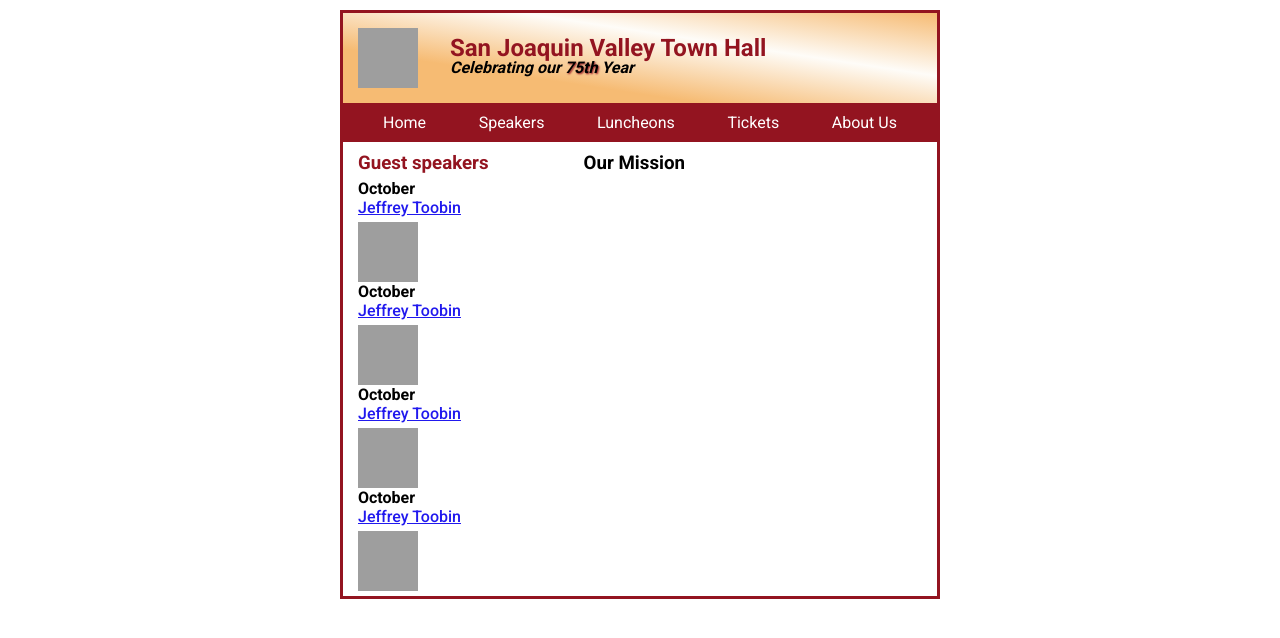
Repository: Mannj-nef/ex-5-6-7-8_IvVettech
Page: index.html
An editor plug-in stored every save of this project. The page is shown before and after the next save, followed by the edit.
The browser window is 1280 px wide. The pictures show the whole page.
Pictures or frames that could not be fetched are drawn as grey boxes.

Above is the page before, as saved 2022-03-24 21:53:34.

### index.html
<!DOCTYPE html>
<html lang="en">
  <head>
    <meta charset="UTF-8" />
    <meta http-equiv="X-UA-Compatible" content="IE=edge" />
    <meta name="viewport" content="width=device-width, initial-scale=1.0" />
    <link rel="stylesheet" href="./Asset/style.css" />
    <link rel="preconnect" href="https://fonts.googleapis.com" />
    <link rel="preconnect" href="https://fonts.gstatic.com" crossorigin />
    <link
      href="https://fonts.googleapis.com/css2?family=Roboto:wght@300;400;500;700&display=swap"
      rel="stylesheet"
    />
    <title>Exercise5-6</title>
    <link
      rel="shortcut icon"
      href="https://iviettech.vn/wp-content/themes/viettech/img/front/favicon.ico"
      type="image/x-icon"
    />
  </head>
  <body>
    <div id="app">
      <header id="header">
        <div class="header-top">
          <div class="header-image__wrapper">
            <img
              src="https://source.unsplash.com/random"
              alt=""
              class="header-image"
            />
          </div>
          <div class="header-main">
            <h2 class="header-main__title">San Joaquin Valley Town Hall</h2>
            <p class="header-main__decs">
              Celebrating our
              <span class="header-main__decs-b"
                >75 <span class="header-main__decs-c">th</span>
              </span>
              Year
            </p>
          </div>
        </div>
        <div class="header-nav">
          <ul class="header-nav__list">
            <li class="header-nav__item">
              <a href="" class="header-nav__link">Home</a>
            </li>
            <li class="header-nav__item">
              <a href="" class="header-nav__link">Speakers</a>
            </li>
            <li class="header-nav__item">
              <a href="" class="header-nav__link">Luncheons</a>
            </li>
            <li class="header-nav__item">
              <a href="" class="header-nav__link">Tickets</a>
            </li>
            <li class="header-nav__item">
              <a href="" class="header-nav__link">About Us</a>
            </li>
          </ul>
        </div>
      </header>
      <section id="content">
        <div class="content-left">
          <h3 class="content-left__title">Guest speakers</h3>

          <div class="content-left__member">
            <p class="content-left__member-month">October</p>
            <a href="" class="content-left__member-link">Jeffrey Toobin</a>
            <div class="content-left__member-avata-wrapper">
              <img
                src="https://source.unsplash.com/random"
                alt=""
                class="content-left__member-avata"
              />
            </div>
          </div>
          <div class="content-left__member">
            <p class="content-left__member-month">October</p>
            <a href="" class="content-left__member-link">Jeffrey Toobin</a>
            <div class="content-left__member-avata-wrapper">
              <img
                src="https://source.unsplash.com/random"
                alt=""
                class="content-left__member-avata"
              />
            </div>
          </div>
          <div class="content-left__member">
            <p class="content-left__member-month">October</p>
            <a href="" class="content-left__member-link">Jeffrey Toobin</a>
            <div class="content-left__member-avata-wrapper">
              <img
                src="https://source.unsplash.com/random"
                alt=""
                class="content-left__member-avata"
              />
            </div>
          </div>
          <div class="content-left__member">
            <p class="content-left__member-month">October</p>
            <a href="" class="content-left__member-link">Jeffrey Toobin</a>
            <div class="content-left__member-avata-wrapper">
              <img
                src="https://source.unsplash.com/random"
                alt=""
                class="content-left__member-avata"
              />
            </div>
          </div>
        </div>
        <div class="constent-right">
          <h3 class="content-title">Our Mission</h3>
        </div>
      </section>
    </div>
  </body>
</html>

### Asset/style.css
* {
  margin: 0;
  padding: 0;
  box-sizing: border-box;
}
html {
  font-family: "Roboto", sans-serif;
}
:root {
  --prymary-color: #931420;
  --white-color: #fff;
  --yellow-color: #ebc700;
  --blue-color: #2119ee;
  --size: 60px;
}

#app {
  margin: 10px auto;
  width: 600px;
  border: 3px solid var(--prymary-color);
}

#header {
}
.header-top {
  padding: 15px;
  display: flex;
  align-items: center;
  background-image: linear-gradient(
    to right top,
    #f6bb73 30%,
    #fefcf8,
    #f6bb73
  );
}
.header-image__wrapper {
  width: var(--size);
  height: var(--size);
  margin-right: 2em;
}
.header-image {
  width: 100%;
  height: 100%;
}
.header-main {
  line-height: 20px;
}
.header-main__title {
  color: var(--prymary-color);
}
.header-main__decs {
  color: #000;
  font-weight: 600;
  font-style: italic;
}
.header-main__decs-b {
  display: inline-flex;
  text-shadow: 1px 1px 2px var(--prymary-color);
}
.header-nav {
  background-color: var(--prymary-color);
}
.header-nav__list {
  list-style: none;
  display: flex;
  justify-content: space-between;
  padding: 0 20px;
}
.header-nav__item {
  padding: 10px 20px;
}
.header-nav__link {
  font-weight: 400;
  text-decoration: none;
  color: var(--white-color);
}
.header-nav__item:hover .header-nav__link {
  color: var(--yellow-color);
}

#content {
  padding: 10px 15px;
  display: flex;
}

.content-left {
  width: 40%;
}
.content-left__title {
  color: var(--prymary-color);
}
.content-left__member {
}
.content-left__member-month {
  margin-top: 5px;
  font-weight: 600;
}
.content-left__member-link {
  font-weight: 500;
  color: var(--blue-color);
}
.content-left__member-avata-wrapper {
  width: var(--size);
  height: var(--size);
}
.content-left__member-avata {
  margin-top: 5px;
  width: 100%;
  height: 100%;
}
.constent-right {
  width: 60%;
}

After the next save:
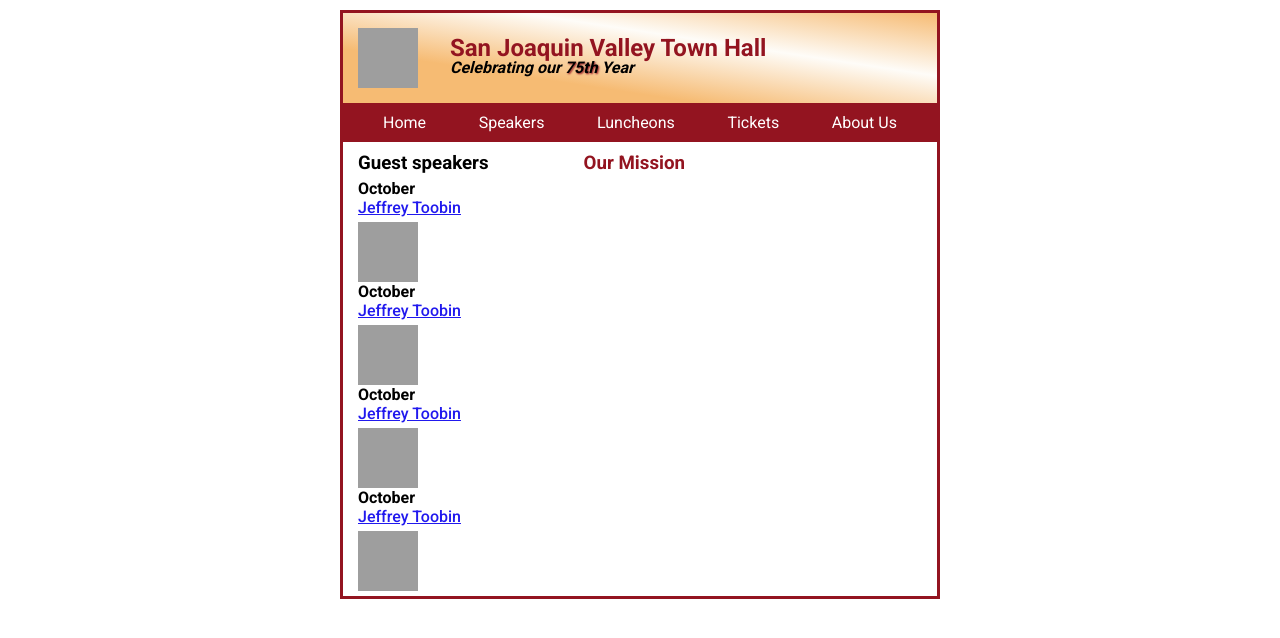
Saved 32 s later.
--- a/Asset/style.css
+++ b/Asset/style.css
@@ -86,7 +86,7 @@ html {
 .content-left {
   width: 40%;
 }
-.content-left__title {
+.content-title {
   color: var(--prymary-color);
 }
 .content-left__member {
